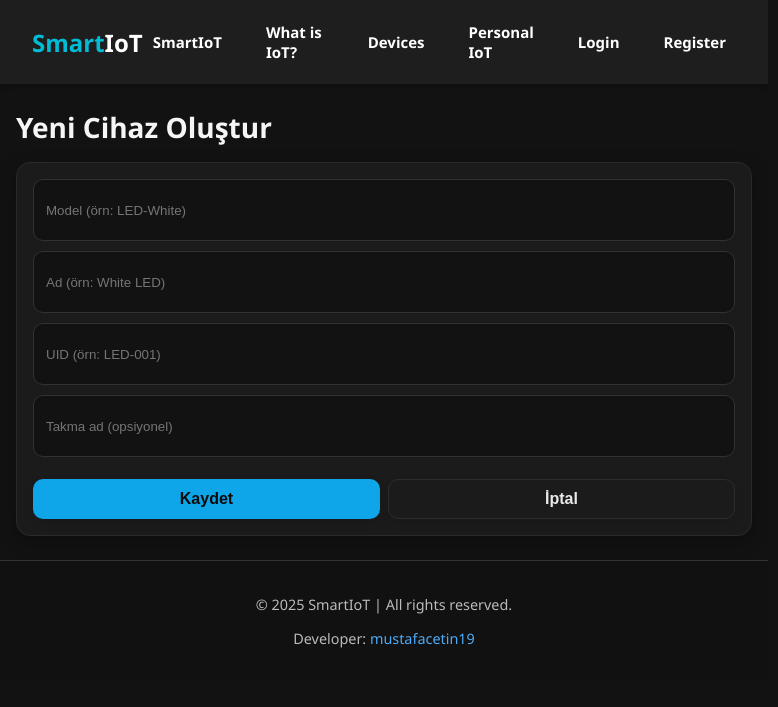
Repository: mustafacetin19/SmartIoT
Page: /my-devices/new (app in Frontend/smartiot-frontend/)
These files come from the project's save history. The page is drawn as it stood at one moment and after the next save; the edit follows.
The browser window is 768 px wide. The page is 768 px wide, then 778 px, so the pictures cover 778 px, including what lies to the right of the window. The pictures show the whole page.
The project was rebuilt for these pictures with package versions that can differ from the ones it lists, and the page was loaded fresh each time. Also part of the build but not shown: Frontend/smartiot-frontend/src/components/HeroSection.jsx, Frontend/smartiot-frontend/src/pages/Home.jsx, Frontend/smartiot-frontend/src/pages/LoginPage.js, Frontend/smartiot-frontend/src/pages/RegisterPage.js, Frontend/smartiot-frontend/src/pages/About.css, Frontend/smartiot-frontend/src/pages/About.jsx, Frontend/smartiot-frontend/src/pages/Devices.css, Frontend/smartiot-frontend/src/pages/Devices.jsx and 15 more.

Above is the page before, as saved 2025-08-11 13:21:47.

### Frontend/smartiot-frontend/public/index.html
<!DOCTYPE html>
<html lang="en">
  <head>
    <meta charset="utf-8" />
    <link rel="icon" href="%PUBLIC_URL%/logo-icon.ico" />
    <meta name="viewport" content="width=device-width, initial-scale=1" />
    <meta name="theme-color" content="#000000" />
    <meta
      name="description"
      content="Web site created using create-react-app"
    />
    <link rel="apple-touch-icon" href="%PUBLIC_URL%/logo192.png" />
    <!--
      manifest.json provides metadata used when your web app is installed on a
      user's mobile device or desktop. See https://developers.google.com/web/fundamentals/web-app-manifest/
    -->
    <link rel="manifest" href="%PUBLIC_URL%/manifest.json" />
    <!--
      Notice the use of %PUBLIC_URL% in the tags above.
      It will be replaced with the URL of the `public` folder during the build.
      Only files inside the `public` folder can be referenced from the HTML.

      Unlike "/favicon.ico" or "favicon.ico", "%PUBLIC_URL%/favicon.ico" will
      work correctly both with client-side routing and a non-root public URL.
      Learn how to configure a non-root public URL by running `npm run build`.
    -->
    <title>IoT Panel</title>
  </head>
  <body>
    <noscript>You need to enable JavaScript to run this app.</noscript>
    <div id="root"></div>
    <!--
      This HTML file is a template.
      If you open it directly in the browser, you will see an empty page.

      You can add webfonts, meta tags, or analytics to this file.
      The build step will place the bundled scripts into the <body> tag.

      To begin the development, run `npm start` or `yarn start`.
      To create a production bundle, use `npm run build` or `yarn build`.
    -->
  </body>
</html>

### Frontend/smartiot-frontend/src/App.jsx
// src/App.jsx
import React from 'react';
import { BrowserRouter as Router, Routes, Route, useLocation } from 'react-router-dom';

import Home from './pages/Home';
import LoginPage from './pages/LoginPage';
import RegisterPage from './pages/RegisterPage';
import About from './pages/About';
import Devices from './pages/Devices';
import CustomPanel from './pages/CustomPanel';
import AddDevicePage from './pages/AddDevicePage';
import DeviceSelectionPage from './pages/DeviceSelectionPage';
import UserSettingsPage from './pages/UserSettingsPage';
import DemoPanel from './pages/DemoPanel';
import NotFound from './pages/NotFoundPage';
import DeviceRegistrationPage from './pages/DeviceRegistrationPage';
// ✅ yeni import
import RoomCreationPage from './pages/RoomCreationPage';

import Navbar from './components/Navbar';
import Footer from './components/Footer';
import PrivateRoute from './components/PrivateRoute';

function AppContent() {
  const location = useLocation();
  const hideLayoutRoutes = []; // gerekirse layout gizlenecek path'leri ekle
  const hideLayout = hideLayoutRoutes.includes(location.pathname);

  return (
    <>
      {!hideLayout && <Navbar />}
      <Routes>
        {/* 🔓 Herkese açık sayfalar */}
        <Route path="/" element={<Home />} />
        <Route path="/login" element={<LoginPage />} />
        <Route path="/register" element={<RegisterPage />} />
        <Route path="/about" element={<About />} />
        <Route path="/devices" element={<Devices />} />
        <Route path="/demo-panel" element={<DemoPanel />} />
        <Route path="/my-devices/new" element={<DeviceRegistrationPage />} />
        {/* 🔒 Giriş gerektiren sayfalar */}
        <Route
          path="/custom-panel"
          element={
            <PrivateRoute>
              <CustomPanel />
            </PrivateRoute>
          }
        />
        <Route
          path="/add-device"
          element={
            <PrivateRoute>
              <AddDevicePage />
            </PrivateRoute>
          }
        />
        <Route
          path="/select-device"
          element={
            <PrivateRoute>
              <DeviceSelectionPage />
            </PrivateRoute>
          }
        />
        {/* ✅ yeni rota */}
        <Route
          path="/rooms/new"
          element={
            <PrivateRoute>
              <RoomCreationPage />
            </PrivateRoute>
          }
        />
        <Route
          path="/user-settings"
          element={
            <PrivateRoute>
              <UserSettingsPage />
            </PrivateRoute>
          }
        />

        {/* 🚫 404 - Sayfa Bulunamadı */}
        <Route path="*" element={<NotFound />} />
      </Routes>
      {!hideLayout && <Footer />}
    </>
  );
}

export default function App() {
  return (
    <Router>
      <AppContent />
    </Router>
  );
}

### Frontend/smartiot-frontend/src/pages/DeviceRegistrationPage.jsx
import { useState } from "react";
import { useNavigate } from "react-router-dom";
import axios from "axios";
import "./DeviceSelectionPage.css"; // aynı stil sınıflarını kullanıyoruz

export default function DeviceRegistrationPage() {
  const navigate = useNavigate();
  const user = JSON.parse(localStorage.getItem("user"));
  const [form, setForm] = useState({
    deviceModel: "",
    deviceName: "",
    deviceUid: "",
    alias: ""
  });
  const [saving, setSaving] = useState(false);
  const [error, setError] = useState("");

  const handle = (e) => setForm({ ...form, [e.target.name]: e.target.value });

  const submit = async (e) => {
    e.preventDefault();
    try {
      setSaving(true); setError("");
      await axios.post("http://localhost:8080/api/user-devices/register", {
        userId: user.id, ...form
      });
      navigate("/select-device", { state: { refreshDevices: true } });
    } catch (err) {
      setError(err?.response?.data?.message || "Kayıt başarısız.");
    } finally {
      setSaving(false);
    }
  };

  return (
    <div className="page">
      <h1 className="title">Yeni Cihaz Oluştur</h1>
      {error && <div className="alert error">{error}</div>}
      <form className="card" onSubmit={submit} style={{ display: "grid", gap: 10 }}>
        <input className="input" name="deviceModel" placeholder="Model (örn: LED-White)" value={form.deviceModel} onChange={handle} required />
        <input className="input" name="deviceName"  placeholder="Ad (örn: White LED)" value={form.deviceName} onChange={handle} required />
        <input className="input" name="deviceUid"   placeholder="UID (örn: LED-001)" value={form.deviceUid} onChange={handle} required />
        <input className="input" name="alias"       placeholder="Takma ad (opsiyonel)" value={form.alias} onChange={handle} />
        <div className="actions">
          <button className="btn primary" type="submit" disabled={saving}>{saving ? "Kaydediliyor…" : "Kaydet"}</button>
          <button className="btn ghost" type="button" onClick={() => navigate("/select-device")}>İptal</button>
        </div>
      </form>
    </div>
  );
}

### Frontend/smartiot-frontend/src/components/Footer.jsx
import React from 'react';
import './Footer.css';

function Footer() {
  return (
    <footer className="footer">
      <p>&copy; 2025 SmartIoT | All rights reserved.</p>

      <p>
        Developer: <a href="https://github.com/mustafacetin19" target="_blank" rel="noopener noreferrer">mustafacetin19</a>
      </p>
    </footer>
  );
}

export default Footer;

### Frontend/smartiot-frontend/src/pages/Form.css
/* src/components/Form.css */

.background-wrapper {
  background-image: url('./circuit-bg.png');
  background-size: cover;
  background-position: center;
  min-height: 100vh;
  display: flex;
  align-items: center;
  justify-content: center;
  padding: 20px;
  box-sizing: border-box;
}

.form-container {
  max-width: 400px;
  width: 100%;
  padding: 30px 25px;
  background: rgba(255, 255, 255, 0.15);
  backdrop-filter: blur(10px);
  -webkit-backdrop-filter: blur(10px);
  border-radius: 12px;
  box-shadow: 0 8px 32px rgba(0, 0, 0, 0.25);
  border: 1px solid rgba(255, 255, 255, 0.2);
  box-sizing: border-box;
  color: #ffffff;
}

.form-container h2 {
  text-align: center;
  color: #ffffff;
}

.form-container input {
  width: 100%;
  padding: 12px;
  margin: 8px 0;
  border-radius: 6px;
  border: 1px solid #ccc;
  box-sizing: border-box;
  background-color: rgba(255, 255, 255, 0.85);
  color: #000;
}

.form-container input::placeholder {
  color: #666;
}

.form-container button {
  width: 100%;
  padding: 12px;
  background-color: #1976d2;
  color: white;
  border: none;
  border-radius: 6px;
  cursor: pointer;
  font-weight: bold;
  font-size: 15px;
}

.form-container button:hover {
  background-color: #1565c0;
}

.form-container p {
  text-align: center;
  margin-top: 10px;
  color: #dddddd;
}

.login-logo {
  width: 80px;
  height: auto;
  display: block;
  margin: 0 auto 20px auto;
  object-fit: contain;
}

.error-box {
  width: fit-content;
  max-width: 260px;
  padding: 10px 16px;
  margin: 16px auto 0 auto;
  background-color: #ffcdd2;
  color: #b71c1c;
  border-radius: 6px;
  text-align: center;
  font-weight: bold;
  font-size: 14px;
  box-shadow: 0 0 10px rgba(183, 28, 28, 0.5);
  animation: fadeOut 1s ease-in-out forwards;
  animation-delay: 4s;
}

@keyframes fadeOut {
  0%   { opacity: 1; }
  90%  { opacity: 1; }
  100% { opacity: 0; }
}

/* Sadece form içindeki linkler */
.form-container a,
.form-container a:visited {
  color: #64b5f6 !important;
  font-weight: bold;
  text-decoration: none;
  transition: color 0.3s ease;
}

.form-container a:hover {
  color: #ffffff;
  text-decoration: underline;
}

.password-rules {
  font-size: 13px;
  margin: 12px 0;
  padding-left: 20px;
  color: #eeeeee;
  list-style-type: disc;
  opacity: 0.8;
}

.password-rules li {
  margin-bottom: 4px;
}

/* Navbar logoyu etkilemesin diye garantili stiller */
.navbar .brand-text {
  color: white !important;
  font-size: 22px;
  font-weight: bold;
  text-decoration: none !important;
}

.navbar .brand-bold {
  color: #00bcd4 !important;
  font-weight: 700;
}

/* === Page Fade In Animation === */
.page-fade {
  animation: fadeIn 0.5s ease-in-out;
}

@keyframes fadeIn {
  from {
    opacity: 0;
    transform: translateY(10px);
  }
  to {
    opacity: 1;
    transform: translateY(0);
  }
}

### Frontend/smartiot-frontend/src/pages/UserSettingsPage.css
/* General Button Style */
.btn {
  display: inline-flex;
  align-items: center;
  justify-content: center;
  padding: 10px 18px;
  font-size: 16px;
  font-weight: 600;
  border-radius: 12px;
  border: none;
  cursor: pointer;
  transition: background-color 0.3s ease, transform 0.2s ease;
  box-shadow: 0 4px 10px rgba(0,0,0,0.1);
}

/* Variants */
.btn-add {
  background-color: #00c853;
  color: white;
}
.btn-add:hover {
  background-color: #00b342;
  transform: translateY(-2px);
}

.btn-remove {
  background-color: #ff5252;
  color: white;
}
.btn-remove:hover {
  background-color: #ff1744;
  transform: translateY(-2px);
}

.btn-deactivate {
  background-color: #ffab00;
  color: #212121;
}
.btn-deactivate:hover {
  background-color: #ff9100;
  transform: translateY(-2px);
}

/* Icon support */
.btn i {
  margin-right: 8px;
}

/* src/pages/UserSettingsPage.css */
.user-settings-page {
  max-width: 600px;
  margin: auto;
  padding: 2rem;
  background: #1e1e2f;
  border-radius: 12px;
  box-shadow: 0 0 10px rgba(0,0,0,0.5);
  color: #f0f0f0;
}

.user-info p {
  margin: 10px 0;
  font-size: 1rem;
}

.settings-buttons {
  margin-top: 20px;
  display: flex;
  justify-content: center;
}

.btn {
  display: inline-flex;
  align-items: center;
  gap: 8px;
  font-size: 1rem;
  padding: 10px 20px;
  border-radius: 8px;
  border: none;
  cursor: pointer;
  font-weight: 600;
  transition: all 0.3s ease;
}

.btn-deactivate {
  background-color: #ff4d4f;
  color: white;
}

.btn-deactivate:hover {
  background-color: #cc0000;
}

.error-msg {
  margin-top: 1rem;
  color: #ff6b6b;
  font-weight: bold;
}

.panel-container {
  margin-top: 100px;           /* Daha aşağıda başlasın */
  padding: 40px;
  background-color: #1a1a2e;
  border-radius: 16px;
  box-shadow: 0 8px 24px rgba(0, 0, 0, 0.4);
  animation: fadeInSlide 0.6s ease-in-out; /* ✨ Geçiş efekti */
}

@keyframes fadeInSlide {
  0% {
    opacity: 0;
    transform: translateY(30px);
  }
  100% {
    opacity: 1;
    transform: translateY(0);
  }
}

.settings-wrapper {
  display: flex;
  justify-content: center;
  align-items: center;
  padding-top: 100px;
  min-height: 80vh;
}

.panel-container {
  background: rgba(20, 20, 30, 0.9); /* sadece rengi koyulaştır */
  color: #e0e0e0;                    /* yazı rengini biraz yumuşat */
  backdrop-filter: blur(6px);       /* hafif cam efekti (isteğe bağlı) */
  border: 1px solid rgba(255, 255, 255, 0.08); /* çok hafif çerçeve */
}

### Frontend/smartiot-frontend/src/pages/DeviceSelectionPage.css
.page {
  max-width: 1000px;
  margin: 24px auto;
  padding: 0 16px;
}

.title {
  font-size: 28px;
  margin: 0 0 16px;
}

.grid {
  display: grid;
  grid-template-columns: 1.4fr 1fr;
  gap: 16px;
}
@media (max-width: 900px) {
  .grid { grid-template-columns: 1fr; }
}

.card {
  background: #1b1b1b;
  border: 1px solid #2a2a2a;
  border-radius: 14px;
  padding: 16px;
  box-shadow: 0 6px 18px rgba(0,0,0,.25);
}

.card.muted { opacity: .95; }

.card-title {
  margin: 0 0 8px;
  font-size: 18px;
}

.step {
  display: grid;
  grid-template-columns: 36px 1fr;
  align-items: start;
  gap: 12px;
  padding: 12px 0;
  border-bottom: 1px dashed #2f2f2f;
}
.step:last-child { border-bottom: 0; }

.step-number {
  width: 32px; height: 32px;
  border-radius: 50%;
  display: grid; place-items: center;
  background: #0ea5e9;
  color: #0b0b0b; font-weight: 700;
  margin-top: 4px;
}

.step-body { width: 100%; }

.label {
  display: block;
  margin-bottom: 8px;
  font-size: 14px;
  opacity: .9;
}

.row { display: flex; align-items: center; }
.gap { gap: 8px; }

.input {
  flex: 1;
  background: #121212;
  border: 1px solid #323232;
  color: #eaeaea;
  border-radius: 10px;
  padding: 10px 12px;
  min-height: 40px;
  outline: none;
}
.input:focus { border-color: #0ea5e9; box-shadow: 0 0 0 3px rgba(14,165,233,.15); }

.actions {
  display: flex;
  gap: 8px;
  margin-top: 12px;
}

.btn {
  border: 1px solid #2d2d2d;
  background: #1f1f1f;
  color: #eaeaea;
  padding: 10px 14px;
  border-radius: 10px;
  cursor: pointer;
  transition: transform .05s ease, background .2s ease;
}
.btn:hover { transform: translateY(-1px); }
.btn:disabled { opacity: .6; cursor: not-allowed; }
.btn.primary {
  background: #0ea5e9;
  color: #0b0b0b;
  border-color: transparent;
  font-weight: 600;
}
.btn.ghost { background: transparent; }
.btn.link {
  background: transparent;
  color: #0ea5e9;
  border-color: transparent;
  padding: 0 4px;
}

.alert {
  border-radius: 10px;
  padding: 10px 12px;
  margin-bottom: 12px;
}
.alert.error {
  background: #3a1212;
  border: 1px solid #5a1a1a;
  color: #ffb4b4;
}

.empty {
  display: flex;
  align-items: center;
  gap: 10px;
  background: #141414;
  border: 1px dashed #2e2e2e;
  border-radius: 10px;
  padding: 10px 12px;
}

.tips { margin: 0 0 12px 16px; }
.tips li { margin: 6px 0; }

.meta { opacity: .8; font-size: 14px; display:flex; gap:18px; }
.skeleton { opacity: .8; padding: 12px; }

### Frontend/smartiot-frontend/src/components/Navbar.css
.navbar {
  background-color: #1e1e1e;
  padding: 12px 32px;
  display: flex;
  justify-content: space-between;
  align-items: center;
  font-family: 'Segoe UI', Tahoma, Geneva, Verdana, sans-serif;
  box-shadow: 0 2px 6px rgba(0, 0, 0, 0.3);
  height: 60px;
}

.navbar-logo {
  color: white;
  font-size: 24px;
  font-weight: bold;
  text-decoration: none;
  display: flex;
  align-items: center;
  height: 100%;
}

.navbar-logo .brand-bold {
  color: #00bcd4;
}

.nav-links {
  display: flex;
  align-items: center;
  list-style: none;
  gap: 24px;
  margin: 0;
  padding: 0;
  height: 100%;
}

.nav-links li {
  display: flex;
  align-items: center;
  height: 100%;
  position: relative;
}

.nav-links li a,
.dropdown-title {
  color: white;
  text-decoration: none;
  font-weight: 600;
  font-size: 15px;
  padding: 8px 10px;
  transition: color 0.2s ease;
  display: flex;
  align-items: center;
  height: 100%;
}

.nav-links li a:hover,
.nav-links li a.active,
.dropdown-title:hover {
  color: #00d0ff;
}

/* ⬇️ Dropdown stilleri */
.dropdown {
  position: relative;
}

.dropdown-content {
  display: none;
  position: absolute;
  top: 100%;
  left: 0;
  background-color: #2c2c2c;
  border-radius: 4px;
  padding: 8px 0;
  min-width: 160px;
  z-index: 10;
  box-shadow: 0 2px 6px rgba(0, 0, 0, 0.4);
}

.dropdown:hover .dropdown-content {
  display: block;
}

.dropdown-content li {
  padding: 6px 16px;
}

.dropdown-content a {
  display: block;
  color: white;
  text-decoration: none;
  font-weight: 500;
  font-size: 14px;
}

.dropdown-content a:hover,
.dropdown-content a.active {
  background-color: #3a3a3a;
  color: #00d0ff;
  border-radius: 4px;
}

/* ✅ Kullanıcı Menüsü */
.user-menu {
  position: relative;
  display: flex;
  align-items: center;
  cursor: pointer;
}

.user-name {
  color: #00e5ff;
  font-weight: 600;
  padding: 8px 10px;
  transition: color 0.2s ease;
}

.user-name:hover {
  color: #00ffff;
}

.user-dropdown {
  position: absolute;
  right: 0;
  top: 100%;
  background: #2c2c2c;
  border: 1px solid #00e5ff;
  border-radius: 8px;
  padding: 12px;
  min-width: 200px;
  z-index: 999;
  box-shadow: 0 2px 8px rgba(0, 0, 0, 0.4);
}

.user-dropdown p {
  margin: 6px 0;
  color: white;
  font-size: 14px;
}

.user-dropdown button {
  margin-top: 8px;
  padding: 6px 12px;
  width: 100%;
  background: #c62828;
  color: white;
  border: none;
  border-radius: 6px;
  cursor: pointer;
  font-weight: bold;
  font-size: 14px;
}

.user-dropdown button:hover {
  background: #e53935;
}

/* Logout düğmesi eski */
.logout-button-nav {
  padding: 6px 12px;
  background-color: #c62828;
  color: white;
  border: none;
  border-radius: 6px;
  cursor: pointer;
  font-weight: bold;
  font-size: 14px;
}

.logout-button-nav:hover {
  background-color: #e53935;
}

.dropdown-arrow {
  font-size: 14px;
  color: #00e5ff;
  margin-left: 4px;
  transform: translateY(1px);
}

### Frontend/smartiot-frontend/src/components/Footer.css
.footer {
  background-color: #111; /* Darker background */
  color: #bbb;            /* Softer white text */
  text-align: center;
  padding: 20px 10px;
  margin-top: auto;
  border-top: 1px solid #333;
  font-size: 0.9rem;
}

.footer a {
  color: #4dabf7; /* Light blue */
  text-decoration: none;
  font-weight: 500;
}

.footer a:hover {
  color: #82cfff;
  text-decoration: underline;
}

@media (max-width: 600px) {
  .footer {
    font-size: 0.8rem;
    padding: 15px 8px;
  }
}

### Frontend/smartiot-frontend/src/components/HeroSection.css
/* src/components/HeroSection.css */
.hero-section {
  height: 100vh;
  background-size: cover;
  background-position: center;
  background-repeat: no-repeat;
  position: relative;
  display: flex;
  align-items: center;
  justify-content: center;
  overflow: hidden;
}

.hero-overlay {
  background-color: rgba(0, 0, 0, 0.6);
  width: 100%;
  height: 100%;
  padding: 0 20px;
  display: flex;
  align-items: center;
  justify-content: center;
}

.hero-content {
  text-align: center;
  color: white;
  max-width: 800px;
  animation: fadeInUp 1s ease-in-out;
}

.hero-content h1 {
  font-size: 3.2rem;
  margin-bottom: 20px;
  font-weight: bold;
}

.hero-content p {
  font-size: 1.3rem;
  margin-bottom: 40px;
  opacity: 0.9;
}

.hero-buttons {
  display: flex;
  flex-wrap: wrap;
  justify-content: center;
  gap: 15px;
}

.btn {
  padding: 12px 25px;
  font-size: 16px;
  border-radius: 30px;
  font-weight: bold;
  border: none;
  cursor: pointer;
  text-decoration: none;
  transition: 0.3s ease-in-out;
}

.btn-primary {
  background-color: #00aaff;
  color: white;
}

.btn-secondary {
  background-color: #ffaa00;
  color: white;
}

.btn-outline {
  background-color: transparent;
  border: 2px solid white;
  color: white;
}

.btn:hover {
  transform: translateY(-3px);
  opacity: 0.85;
}

@keyframes fadeInUp {
  from {
    transform: translateY(30px);
    opacity: 0;
  }
  to {
    transform: translateY(0px);
    opacity: 1;
  }
}

@media (max-width: 768px) {
  .hero-content h1 {
    font-size: 2rem;
  }

  .hero-content p {
    font-size: 1rem;
  }

  .btn {
    width: 100%;
    padding: 12px;
  }
}

Loaded but not shown: Frontend/smartiot-frontend/src/index.css (common file); Frontend/smartiot-frontend/src/reportWebVitals.js (common file); Frontend/smartiot-frontend/src/index.js (14 lines, source omitted); Frontend/smartiot-frontend/src/components/Panel.css (210 lines, source omitted); Frontend/smartiot-frontend/src/components/Navbar.jsx (99 lines, source omitted)

After the next save:
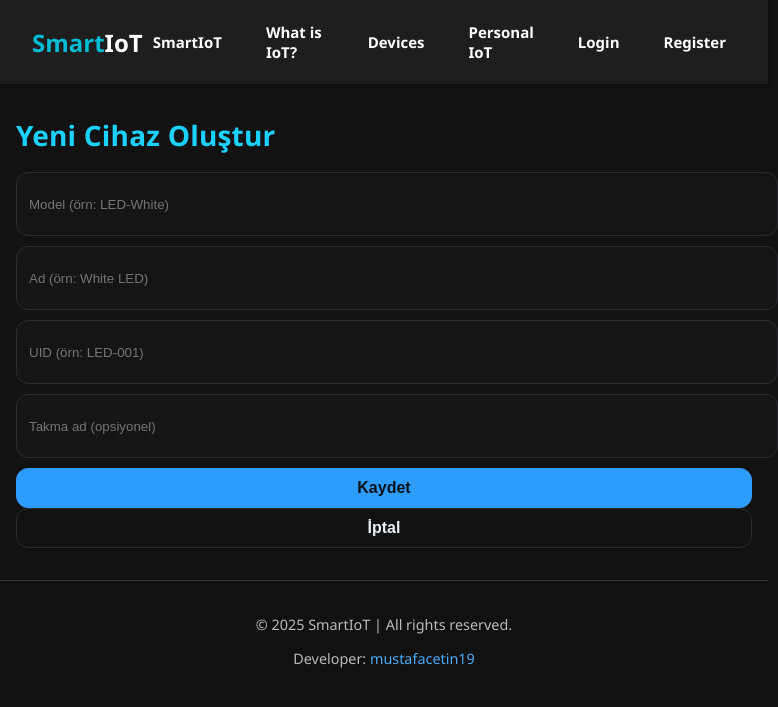
Saved 15 s later.
--- a/Frontend/smartiot-frontend/src/pages/DeviceSelectionPage.css
+++ b/Frontend/smartiot-frontend/src/pages/DeviceSelectionPage.css
@@ -1,135 +1,91 @@
 .page {
-  max-width: 1000px;
-  margin: 24px auto;
+  max-width: 1100px;
+  margin: 32px auto;
   padding: 0 16px;
 }
-
 .title {
   font-size: 28px;
-  margin: 0 0 16px;
+  margin: 0 0 18px;
+  color: #1ad1ff;
+  letter-spacing: .2px;
 }
 
-.grid {
+.card.center {
+  background: radial-gradient(1200px 400px at 50% -20%, rgba(0, 150, 255, 0.08), transparent),
+              #0e0e0f;
+  border: 1px solid rgba(0, 200, 255, 0.15);
+  border-radius: 16px;
+  padding: 22px;
+  margin: 0 auto;
+  max-width: 920px;
+  box-shadow: 0 8px 30px rgba(0,0,0,.35);
+}
+
+.inline-form {
   display: grid;
-  grid-template-columns: 1.4fr 1fr;
-  gap: 16px;
+  grid-template-columns: 1.1fr 1.1fr 1fr auto;
+  gap: 12px;
+  align-items: center;
 }
 @media (max-width: 900px) {
-  .grid { grid-template-columns: 1fr; }
+  .inline-form { grid-template-columns: 1fr; }
 }
 
-.card {
-  background: #1b1b1b;
-  border: 1px solid #2a2a2a;
-  border-radius: 14px;
-  padding: 16px;
-  box-shadow: 0 6px 18px rgba(0,0,0,.25);
+.field { position: relative; }
+.with-icon .icon {
+  position: absolute;
+  top: 50%; left: 10px;
+  transform: translateY(-50%);
+  opacity: .85;
 }
-
-.card.muted { opacity: .95; }
-
-.card-title {
-  margin: 0 0 8px;
-  font-size: 18px;
-}
-
-.step {
-  display: grid;
-  grid-template-columns: 36px 1fr;
-  align-items: start;
-  gap: 12px;
-  padding: 12px 0;
-  border-bottom: 1px dashed #2f2f2f;
-}
-.step:last-child { border-bottom: 0; }
-
-.step-number {
-  width: 32px; height: 32px;
-  border-radius: 50%;
-  display: grid; place-items: center;
-  background: #0ea5e9;
-  color: #0b0b0b; font-weight: 700;
-  margin-top: 4px;
-}
-
-.step-body { width: 100%; }
-
-.label {
-  display: block;
-  margin-bottom: 8px;
-  font-size: 14px;
-  opacity: .9;
-}
-
-.row { display: flex; align-items: center; }
-.gap { gap: 8px; }
+.with-icon .input { padding-left: 36px; }
 
 .input {
-  flex: 1;
-  background: #121212;
-  border: 1px solid #323232;
-  color: #eaeaea;
-  border-radius: 10px;
+  width: 100%;
+  min-height: 42px;
   padding: 10px 12px;
-  min-height: 40px;
+  border-radius: 12px;
+  background: #151517;
+  border: 1px solid #2b2c2f;
+  color: #e9f1f8;
   outline: none;
 }
-.input:focus { border-color: #0ea5e9; box-shadow: 0 0 0 3px rgba(14,165,233,.15); }
-
-.actions {
-  display: flex;
-  gap: 8px;
-  margin-top: 12px;
+.input:focus {
+  border-color: #00b4ff;
+  box-shadow: 0 0 0 3px rgba(0,180,255,.18);
 }
 
 .btn {
-  border: 1px solid #2d2d2d;
-  background: #1f1f1f;
-  color: #eaeaea;
+  border: 1px solid #2b2c2f;
+  background: #18191c;
+  color: #e9f1f8;
   padding: 10px 14px;
-  border-radius: 10px;
+  border-radius: 12px;
+  font-weight: 600;
   cursor: pointer;
-  transition: transform .05s ease, background .2s ease;
+  transition: transform .05s ease, background .2s ease, border-color .2s ease;
 }
 .btn:hover { transform: translateY(-1px); }
-.btn:disabled { opacity: .6; cursor: not-allowed; }
 .btn.primary {
-  background: #0ea5e9;
-  color: #0b0b0b;
-  border-color: transparent;
-  font-weight: 600;
+  background: #2d9cff;
+  border-color: #2d9cff;
+  color: #0c1116;
 }
 .btn.ghost { background: transparent; }
-.btn.link {
-  background: transparent;
-  color: #0ea5e9;
-  border-color: transparent;
-  padding: 0 4px;
+
+.quicklinks {
+  margin-top: 12px;
+  display: flex;
+  gap: 8px;
+  justify-content: center;
 }
 
 .alert {
   border-radius: 10px;
   padding: 10px 12px;
   margin-bottom: 12px;
-}
-.alert.error {
   background: #3a1212;
   border: 1px solid #5a1a1a;
   color: #ffb4b4;
 }
-
-.empty {
-  display: flex;
-  align-items: center;
-  gap: 10px;
-  background: #141414;
-  border: 1px dashed #2e2e2e;
-  border-radius: 10px;
-  padding: 10px 12px;
-}
-
-.tips { margin: 0 0 12px 16px; }
-.tips li { margin: 6px 0; }
-
-.meta { opacity: .8; font-size: 14px; display:flex; gap:18px; }
-.skeleton { opacity: .8; padding: 12px; }
+.skeleton { opacity: .9; padding: 10px 12px; }
